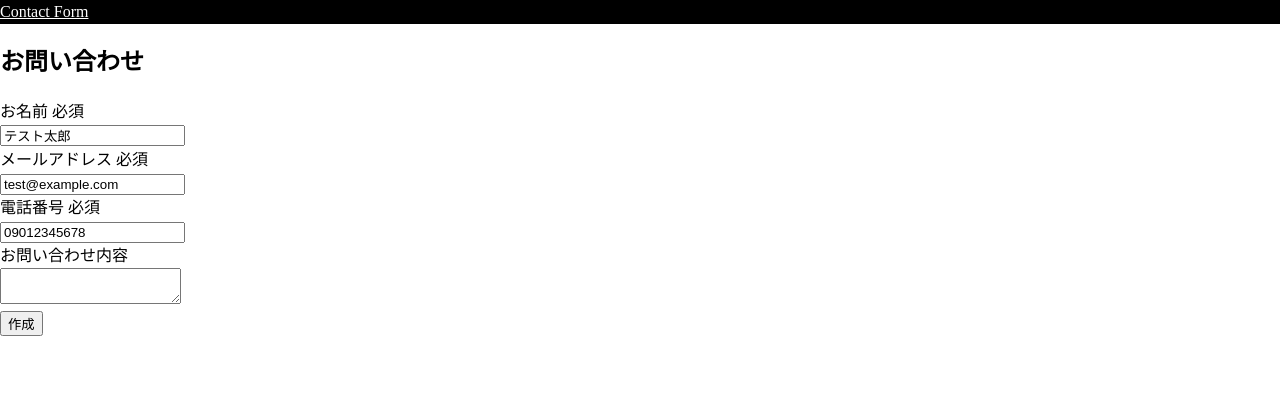
Repository: mayu-ya/my-contact-form
Page: http://localhost/
These files come from the project's save history. The page is drawn as it stood at one moment and after the next save; the edit follows.
The browser window is 1280 px wide. The pictures show the whole page.
The page is served by the project's Laravel application, run on PHP 8.4 with Laravel 8. Other server files are loaded and not shown.

Above is the page before, as saved 2025-12-31 22:36:14.

### src/routes/web.php
<?php

use Illuminate\Support\Facades\Route;
use App\Http\Controllers\ContactController;

/*
|--------------------------------------------------------------------------
| Web Routes
|--------------------------------------------------------------------------
|
| Here is where you can register web routes for your application. These
| routes are loaded by the RouteServiceProvider within a group which
| contains the "web" middleware group. Now create something great!
|
*/

Route::get('/', [ContactController::class,'index']);

### src/app/Http/Controllers/ContactController.php
<?php

namespace App\Http\Controllers;

use Illuminate\Http\Request;

class ContactController extends Controller
{
    public function index()
    {
        return view('index');
    }
}

### src/resources/views/index.blade.php
@extends('layouts.app')

@section('css')
<link rel="stylesheet" href="{{ asset('css/index.css') }}">
@endsection

@section('content')
<div class="content">
    <div class="form-title">
        <h2 class="form-title-con">お問い合わせ</h2>
    </div>

    <form class="form">
        <div class="form-content">
            <div class="form-content-name">
                <span class="form-content-name_na">お名前</span>
                <span class="form-content-name_re">必須</span>
            </div>
            <div class="form-name_create">
                <input type="text" name="name" value="テスト太郎">
            </div>
        </div>
        <div class="form-content">
            <div class="form-content-email">
                <span class="form-content-email_em">メールアドレス</span>
                <span class="form-content-email_re">必須</span>
            </div>
            <div class="form-email_create">
                <input type="text" name="email" value="test@example.com">
            </div>
        </div>
        <div class="form-content">
            <div class="form-content-tel">
                <span class="form-content-tel_te">電話番号</span>
                <span class="form-content-tel_re">必須</span>
            </div>
            <div class="form-tel_create">
                <input type="text" name="tel" value="09012345678">
            </div>
        </div>
        <div class="form-content">
            <div class="form-content-text">
                <span class="content-text_co">お問い合わせ内容</span>
            </div>
            <div class="form-text_create">
                <textarea name="text" value="資料をいただきたいです"></textarea>
            </div>

        </div>

        <div class="form-button">
            <button class="form-button_create">作成</button>
        </div>
    </form>
</div>
@endsection

### src/resources/views/layouts/app.blade.php
<!DOCTYPE html>
<html lang="ja">
<head>
    <meta charset="UTF-8">
    <meta name="viewport" content="width=device-width, initial-scale=1.0">
    <title>Contact Form</title>
    <link rel="stylesheet" href="{{ asset('css/sanitize.css') }}">
    <link rel="stylesheet" href="{{ asset('css/common.css') }}">
    @yield('css')
</head>
<body>
    <header class="header">
        <div class="header-title">
            <a href="/" class="header-logo">Contact Form</a>
        </div>
    </header>

    <main>
        @yield('content')
    </main>
</body>
</html>

### src/public/css/sanitize.css
/* Document
* ========================================================================== */

/**
* Add border box sizing in all browsers (opinionated).
*/

*,
::before,
::after {
  box-sizing: border-box;
}

/**
* 1. Add text decoration inheritance in all browsers (opinionated).
* 2. Add vertical alignment inheritance in all browsers (opinionated).
*/

::before,
::after {
  vertical-align: inherit;
  /* 2 */
  text-decoration: inherit;
  /* 1 */
}

/**
* 1. Use the default cursor in all browsers (opinionated).
* 2. Change the line height in all browsers (opinionated).
* 3. Use a 4-space tab width in all browsers (opinionated).
* 4. Remove the grey highlight on links in iOS (opinionated).
* 5. Prevent adjustments of font size after orientation changes in
*    IE on Windows Phone and in iOS.
* 6. Breaks words to prevent overflow in all browsers (opinionated).
*/

html {
  word-break: break-word;
  /* 6 */
  -moz-tab-size: 4;
  /* 3 */
  tab-size: 4;
  /* 3 */
  line-height: 1.5;
  /* 2 */
  cursor: default;
  /* 1 */

  -webkit-tap-highlight-color: transparent
    /* 4 */
  ;
  -ms-text-size-adjust: 100%;
  /* 5 */
  -webkit-text-size-adjust: 100%;
  /* 5 */
}

/* Sections
* ========================================================================== */

/**
* Remove the margin in all browsers (opinionated).
*/

body {
  margin: 0;
}

/**
* Correct the font size and margin on `h1` elements within `section` and
* `article` contexts in Chrome, Edge, Firefox, and Safari.
*/

h1 {
  margin: 0.67em 0;
  font-size: 2em;
}

/* Grouping content
* ========================================================================== */

/**
* Remove the margin on nested lists in Chrome, Edge, IE, and Safari.
*/

dl dl,
dl ol,
dl ul,
ol dl,
ul dl {
  margin: 0;
}

/**
* Remove the margin on nested lists in Edge 18- and IE.
*/

ol ol,
ol ul,
ul ol,
ul ul {
  margin: 0;
}

/**
* 1. Add the correct sizing in Firefox.
* 2. Show the overflow in Edge 18- and IE.
*/

hr {
  overflow: visible;
  /* 2 */
  height: 0;
  /* 1 */
}

/**
* Add the correct display in IE.
*/

main {
  display: block;
}

/**
* Remove the list style on navigation lists in all browsers (opinionated).
*/

nav ol,
nav ul {
  padding: 0;
  list-style: none;
}

/**
* 1. Correct the inheritance and scaling of font size in all browsers.
* 2. Correct the odd `em` font sizing in all browsers.
*/

pre {
  font-size: 1em;
  /* 2 */
  font-family: monospace, monospace;
  /* 1 */
}

/* Text-level semantics
* ========================================================================== */

/**
* Remove the gray background on active links in IE 10.
*/

a {
  background-color: transparent;
}

/**
* Add the correct text decoration in Edge 18-, IE, and Safari.
*/

abbr[title] {
  text-decoration: underline;
  text-decoration: underline dotted;
}

/**
* Add the correct font weight in Chrome, Edge, and Safari.
*/

b,
strong {
  font-weight: bolder;
}

/**
* 1. Correct the inheritance and scaling of font size in all browsers.
* 2. Correct the odd `em` font sizing in all browsers.
*/

code,
kbd,
samp {
  font-size: 1em;
  /* 2 */
  font-family: monospace, monospace;
  /* 1 */
}

/**
* Add the correct font size in all browsers.
*/

small {
  font-size: 80%;
}

/* Embedded content
* ========================================================================== */

/*
* Change the alignment on media elements in all browsers (opinionated).
*/

audio,
canvas,
iframe,
img,
svg,
video {
  vertical-align: middle;
}

/**
* Add the correct display in IE 9-.
*/

audio,
video {
  display: inline-block;
}

/**
* Add the correct display in iOS 4-7.
*/

audio:not([controls]) {
  display: none;
  height: 0;
}

/**
* Remove the border on iframes in all browsers (opinionated).
*/

iframe {
  border-style: none;
}

/**
* Remove the border on images within links in IE 10-.
*/

img {
  border-style: none;
}

/**
* Change the fill color to match the text color in all browsers (opinionated).
*/

svg:not([fill]) {
  fill: currentColor;
}

/**
* Hide the overflow in IE.
*/

svg:not(:root) {
  overflow: hidden;
}

/* Tabular data
* ========================================================================== */

/**
* Collapse border spacing in all browsers (opinionated).
*/

table {
  border-collapse: collapse;
}

/* Forms
* ========================================================================== */

/**
* Remove the margin on controls in Safari.
*/

button,
input,
select {
  margin: 0;
}

/**
* 1. Show the overflow in IE.
* 2. Remove the inheritance of text transform in Edge 18-, Firefox, and IE.
*/

button {
  overflow: visible;
  /* 1 */
  text-transform: none;
  /* 2 */
}

/**
* Correct the inability to style buttons in iOS and Safari.
*/

button,
[type="button"],
[type="reset"],
[type="submit"] {
  -webkit-appearance: button;
}

/**
* 1. Change the inconsistent appearance in all browsers (opinionated).
* 2. Correct the padding in Firefox.
*/

fieldset {
  padding: 0.35em 0.75em 0.625em;
  /* 2 */
  border: 1px solid #a0a0a0;
  /* 1 */
}

/**
* Show the overflow in Edge 18- and IE.
*/

input {
  overflow: visible;
}

/**
* 1. Correct the text wrapping in Edge 18- and IE.
* 2. Correct the color inheritance from `fieldset` elements in IE.
*/

legend {
  display: table;
  /* 1 */
  max-width: 100%;
  /* 1 */
  color: inherit;
  /* 2 */
  white-space: normal;
  /* 1 */
}

/**
* 1. Add the correct display in Edge 18- and IE.
* 2. Add the correct vertical alignment in Chrome, Edge, and Firefox.
*/

progress {
  display: inline-block;
  /* 1 */
  vertical-align: baseline;
  /* 2 */
}

/**
* Remove the inheritance of text transform in Firefox.
*/

select {
  text-transform: none;
}

/**
* 1. Remove the margin in Firefox and Safari.
* 2. Remove the default vertical scrollbar in IE.
* 3. Change the resize direction in all browsers (opinionated).
*/

textarea {
  overflow: auto;
  /* 2 */
  margin: 0;
  /* 1 */
  resize: vertical;
  /* 3 */
}

/**
* Remove the padding in IE 10-.
*/

[type="checkbox"],
[type="radio"] {
  padding: 0;
}

/**
* 1. Correct the odd appearance in Chrome, Edge, and Safari.
* 2. Correct the outline style in Safari.
*/

[type="search"] {
  outline-offset: -2px;
  /* 2 */

  -webkit-appearance: textfield;
  /* 1 */
}

/**
* Correct the cursor style of increment and decrement buttons in Safari.
*/

::-webkit-inner-spin-button,
::-webkit-outer-spin-button {
  height: auto;
}

/**
* Correct the text style of placeholders in Chrome, Edge, and Safari.
*/

::-webkit-input-placeholder {
  color: inherit;
  opacity: 0.54;
}

/**
* Remove the inner padding in Chrome, Edge, and Safari on macOS.
*/

::-webkit-search-decoration {
  -webkit-appearance: none;
}

/**
* 1. Correct the inability to style upload buttons in iOS and Safari.
* 2. Change font properties to `inherit` in Safari.
*/

::-webkit-file-upload-button {
  font: inherit;
  /* 2 */

  -webkit-appearance: button;
  /* 1 */
}

/**
* Remove the inner border and padding of focus outlines in Firefox.
*/

::-moz-focus-inner {
  padding: 0;
  border-style: none;
}

/**
* Restore the focus outline styles unset by the previous rule in Firefox.
*/

:-moz-focusring {
  outline: 1px dotted ButtonText;
}

/**
* Remove the additional :invalid styles in Firefox.
*/

:-moz-ui-invalid {
  box-shadow: none;
}

/* Interactive
* ========================================================================== */

/*
* Add the correct display in Edge 18- and IE.
*/

details {
  display: block;
}

/*
* Add the correct styles in Edge 18-, IE, and Safari.
*/

dialog {
  position: absolute;
  right: 0;
  left: 0;
  display: block;
  margin: auto;
  padding: 1em;
  width: -moz-fit-content;
  width: -webkit-fit-content;
  width: fit-content;
  height: -moz-fit-content;
  height: -webkit-fit-content;
  height: fit-content;
  border: solid;
  background-color: white;
  color: black;
}

dialog:not([open]) {
  display: none;
}

/*
* Add the correct display in all browsers.
*/

summary {
  display: list-item;
}

/* Scripting
* ========================================================================== */

/**
* Add the correct display in IE 9-.
*/

canvas {
  display: inline-block;
}

/**
* Add the correct display in IE.
*/

template {
  display: none;
}

/* User interaction
* ========================================================================== */

/*
* 1. Remove the tapping delay in IE 10.
* 2. Remove the tapping delay on clickable elements
in all browsers (opinionated).
*/

a,
area,
button,
input,
label,
select,
summary,
textarea,
[tabindex] {
  -ms-touch-action: manipulation;
  /* 1 */
  touch-action: manipulation;
  /* 2 */
}

/**
* Add the correct display in IE 10-.
*/

[hidden] {
  display: none;
}

/* Accessibility
* ========================================================================== */

/**
* Change the cursor on busy elements in all browsers (opinionated).
*/

[aria-busy="true"] {
  cursor: progress;
}

/*
* Change the cursor on control elements in all browsers (opinionated).
*/

[aria-controls] {
  cursor: pointer;
}

/*
* Change the cursor on disabled, not-editable, or otherwise
* inoperable elements in all browsers (opinionated).
*/

[aria-disabled="true"],
[disabled] {
  cursor: not-allowed;
}

/*
* Change the display on visually hidden accessible elements
* in all browsers (opinionated).
*/

[aria-hidden="false"][hidden] {
  display: initial;
}

[aria-hidden="false"][hidden]:not(:focus) {
  position: absolute;
  clip: rect(0, 0, 0, 0);
}

### src/public/css/common.css
.header {
    background: black;
    height: 20%;
}

.header-logo{
    color: white;
    cursor: pointer;
}

Loaded but not shown: src/app/Http/Controllers/Controller.php (common file); src/public/css/index.css (no stored copy; drawn as an empty file)

After the next save:
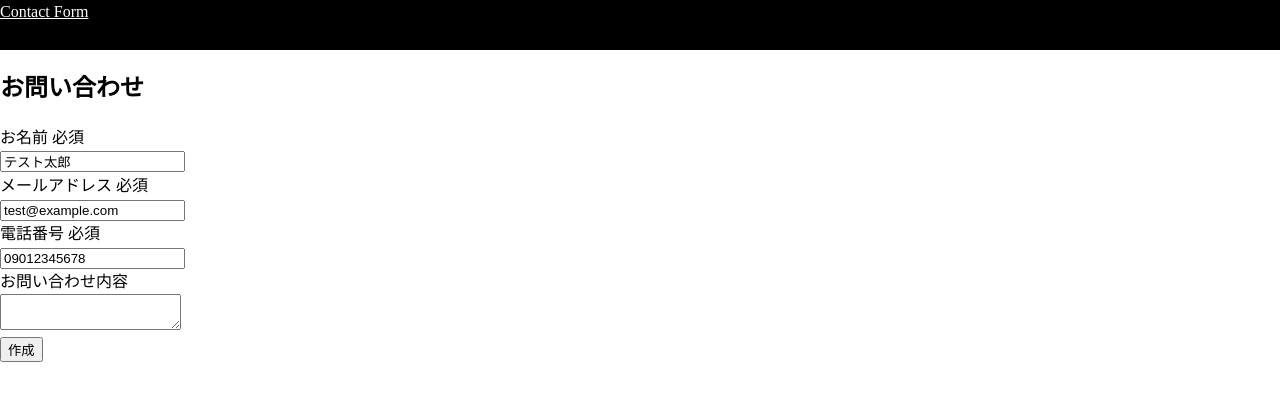
Saved 41 s later.
--- a/src/public/css/common.css
+++ b/src/public/css/common.css
@@ -1,6 +1,6 @@
 .header {
     background: black;
-    height: 20%;
+    height: 50px;
 }
 
 .header-logo{

After the save that followed:
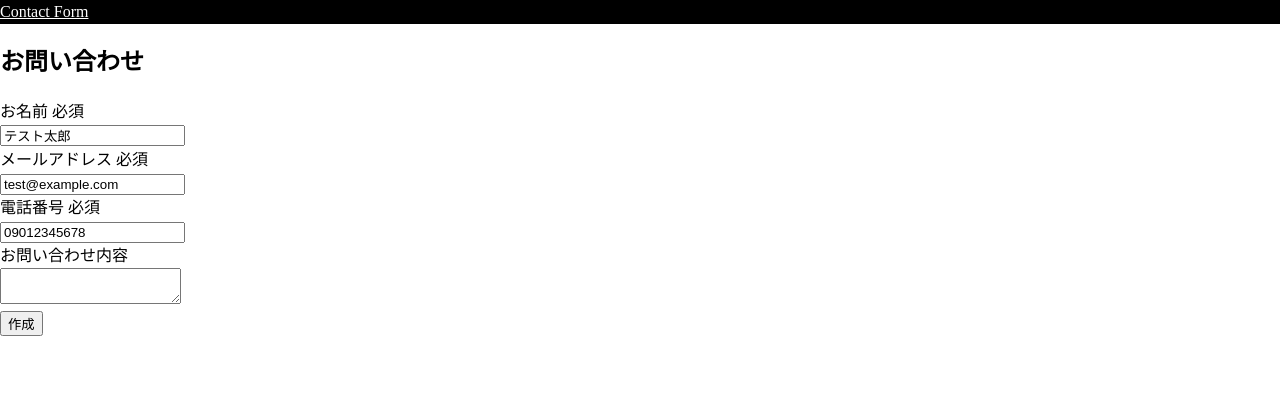
Saved 36 s later.
--- a/src/public/css/common.css
+++ b/src/public/css/common.css
@@ -1,6 +1,6 @@
 .header {
     background: black;
-    height: 50px;
+    height: 100%;
 }
 
 .header-logo{
